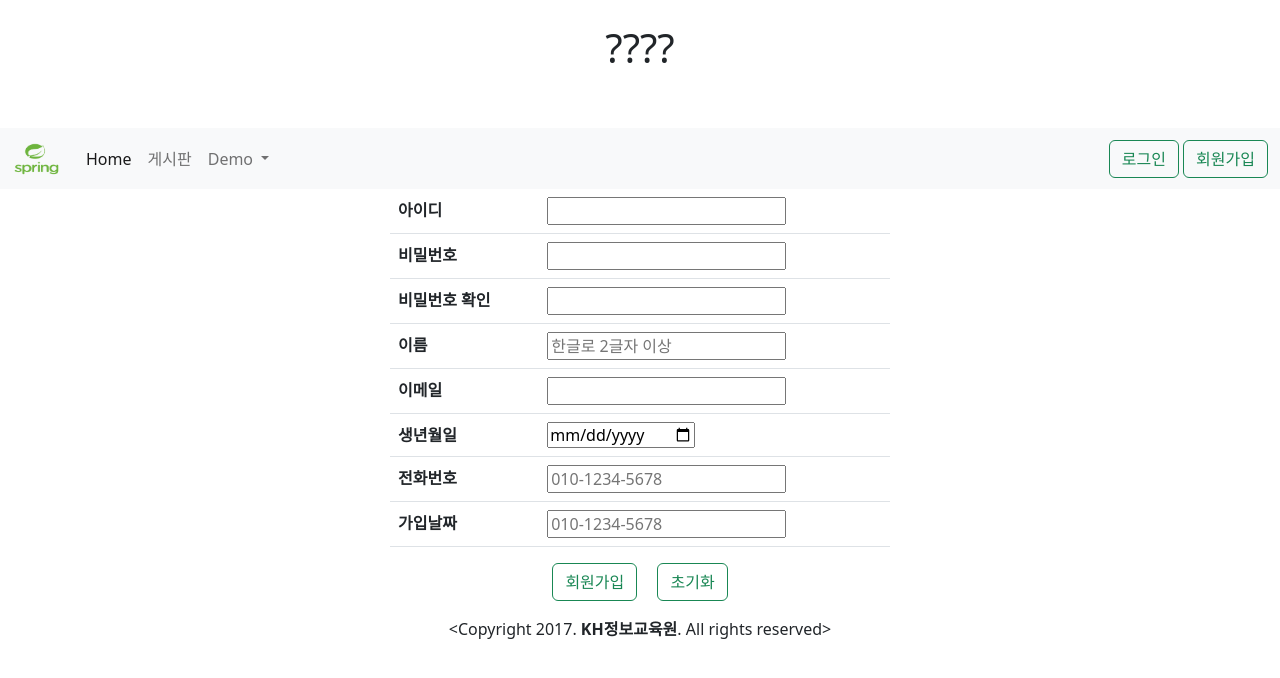
Repository: yerimeee/06_springWork
Page: http://localhost/springProject/WEB-INF/views/member/memberDetail.jsp
These files come from the project's save history. The page is drawn as it stood at one moment and after the next save; the edit follows.
The browser window is 1280 px wide. The pictures show the whole page.
The page is served by Tomcat 9. Nobody is signed in. The template is opened directly, without the code that normally fills it, so the values that code supplies are empty.

Above is the page before, as saved 2023-06-15 06:19:24.

After the next save:
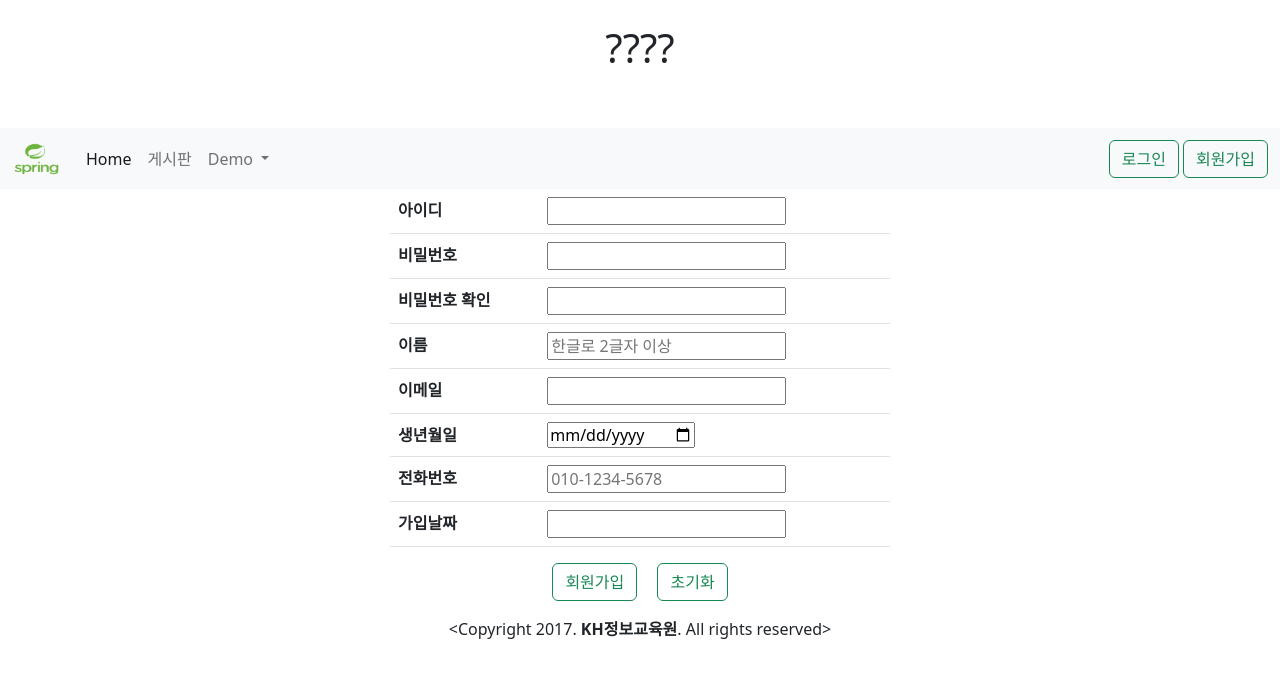
Saved 28 s later.
--- a/springProject/src/main/webapp/WEB-INF/views/member/memberDetail.jsp
+++ b/springProject/src/main/webapp/WEB-INF/views/member/memberDetail.jsp
@@ -55,7 +55,7 @@
 				<tr>
 					<th scope="col">가입날짜</th>
 					<td scope="col">
-						<input name="phone" placeholder="010-1234-5678">
+						<input name="createDate" required>
 					</td>
 				</tr>
 			</table>
